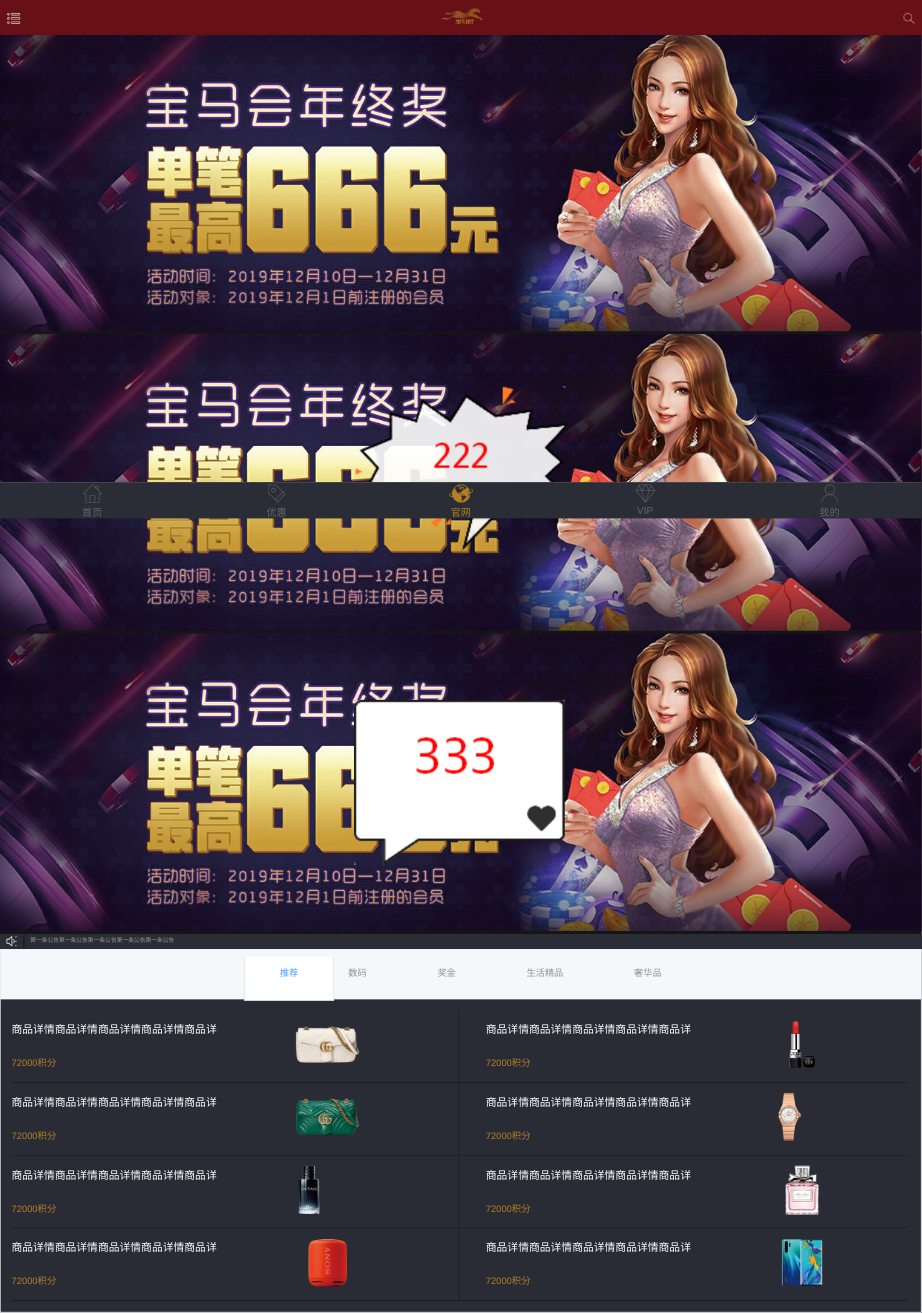
Repository: ada6688/IntegralMall
Page: /
These files come from the project's save history. The page is drawn as it stood at one moment and after the next save; the edit follows.
The browser window is 1280 px wide. The pictures show the whole page, at 72% of full size.
The project was rebuilt for these pictures with package versions that can differ from the ones it lists, and the page was loaded fresh each time. Also part of the build but not shown: src/components/page/Member.vue, src/components/page/Youhui.vue, src/components/member/jifen.vue, src/router/index.js.

Above is the page before, as saved 2020-01-06 13:43:38.

### index.html
<!DOCTYPE html>
<html>
  <head>
    <meta charset="utf-8">
    <meta name="viewport" content="width=device-width,initial-scale=1.0">
    <title>integralmall</title>
  </head>
  <body>
    <div id="app"></div>
    <!-- built files will be auto injected -->
  </body>
</html>

### src/App.vue
<template>
  <div id="app">
    <TopNav></TopNav>
    <router-view/>
    <BottomNav></BottomNav>
  </div>
</template>

<script>
import BottomNav from '@/components/common/Bottomnav'
import TopNav from '@/components/common/Topnav'
export default {
  name: 'App',
  components: {
    BottomNav,
    TopNav
  }
}
</script>

<style>
#app {
  font-family: 'Avenir', Helvetica, Arial, sans-serif;
  -webkit-font-smoothing: antialiased;
  -moz-osx-font-smoothing: grayscale;
  text-align: center;
  color: #2c3e50;
  background: #151515;
  height: 100vh;
}
</style>

### src/assets/css/common.css
body,p,ul{
  margin: 0;
  padding: 0;
}
li{
  list-style: none;
}
/* 顶部栏 */
.top-nav{
  width: 100%;
  height: 3rem;
  line-height: 3.5rem;
  background-color: #671116;
  position: fixed;
  top: 0;
  z-index: 99;
}
.top-nav-logo{
  color: #B58024;
}
.top-nav > div{
  display: inline-block;
  height: 100%;
}
.top-nav-left{
  float: left;
  margin-left: 10px;
}
.top-nav-right{
  float: right;
  margin-right: 10px;
}
.banner-item > img{
  width: 100%;
}
.swiper-container{
  height: 7.28rem;
}
.top-nav-t{
  color: #B58024;
}
/* 每个一级页面共有class */
.main-wrap{
  margin-top: 3rem;
  margin-bottom: 3.125rem;
  background: #151515;
}
/* 公告 */
.Notice-sign{
  width: 2rem;
  height: 100%;
  background: url('../images/topnav/lb.png') center no-repeat;
  float: left;
  box-shadow: 1px 0px 5px rgba(0,0,0,0.8);
}
.Notice-textBox {
  width: 100%;
  height: 1.3rem;
  line-height: 1.3rem;
  font-size: .5rem;
  color: #999999;
  background: #2A2D36;
  overflow: hidden;
  position: relative;
  text-align: left;
  z-index: 9;
}
.Notice-text {
  width: 100%;
  padding-left: 42px;
  position: absolute;
  bottom: 0;
}
.slide-enter-active, .slide-leave-active {
  transition: all 0.5s linear;
}
.slide-enter{
  transform: translateY(20px) scale(1);
  opacity: 1;
}
.slide-leave-to {
  transform: translateY(-20px) scale(0.8);
  opacity: 0;
}
/* 底部导航 */
.bottom-tab{
  width:100%;
  height:3.125rem;
  background-color:#2A2D36;
  border-top: 1px solid #656666;
  position: fixed;
  left:0px;
  bottom:0px;
}
.tab-item{
  width: 20%;
  float: left;
  align-items:center;
  justify-content:center;
  font-size:14px;
  color:#666;
  z-index: 999;
}
.NavSigh{
    width:33px;
    margin-top:3px;
}
.on{
  color:#b58023;
}

### src/assets/css/index.css
/****************** 首页商品 *****************/
.products-item{
  width: 46.9%;
  height: 100px;
  padding-right: 2.9%;
  border-right: 1px solid #161616;
  border-bottom: 1px solid #161616;
  background: #292C35;
  float: left;
}
.products-item-even{
  width: 46.9%;
  height: 100px;
  border-bottom: 1px solid #161616;
  background: #292C35;
  padding-left: 2.9%;
  float: left;
}
.product-item-text{
  width: 50%;
  height: 70px;
  color: #ffffff;
  margin-top: 15px;
  float: left;
  text-align: left;
}
.product-item-text p{
  height: 43px;
  font-size: 15px;
  margin-bottom: 5px;
  display: -webkit-box;/*作为弹性伸缩盒子模型显示*/
  -webkit-line-clamp: 2; /*显示的行数；如果要设置2行加...则设置为2*/
  overflow: hidden; /*超出的文本隐藏*/
  text-overflow: ellipsis; /* 溢出用省略号*/
  -webkit-box-orient: vertical;
}
.product-item-text span{
  color: #B58024;
  font-size: 13px;
}
.product-item-img{
  width: 12%;
  height: 100px;
  display: table-cell;
  vertical-align: middle;
  /* float: left; */
}
.product-item-img img{
  max-width: 100%;
}
/******************* 优惠 *******************/
.yh-wrap div{
  padding: 1rem 1rem 0 1rem;
}
.yh-wrap img{
  width: 100%;
}
/******************* VIP *******************/
.level-welfare-wrap, .level-require-wrap{
  padding-bottom: 20px;
}
.VipTop-level-sign{
  display: inline-block;
}
.VipTop-level-text{
  position: absolute;
  bottom: -5px;
}
.vip-level-wrap ul li{
  float: left;
  width: 33.33%;
  height: 79px;
}
.vip-level-wrap ul div{
  width: 34px;
  height: 34px;
  border: 1px solid #CCCCCC;
  border-radius: 17px;
  margin-bottom: 9px;
  display: inline-block;
  vertical-align: middle;
}
.vip-level-wrap ul img{
  margin-top: 7px;
}
.vip-level-wrap ul li>p{
  color: #CCCCCC;
  font-size: 13px;
}
.Vip-level-T{
  color: #ffffff;
  font-size: 16px;
  font-weight: bold;
  text-align: left;
  padding: 15px 0 10px 17px;
  background: #2A2C35;
}
.Vip-level-tips{
  color: #F5BF1B;
  font-size: 13px;
  text-align: left;
  padding: 15px 20px 10px 17px;
  background: #2A2C35;
}
.level-rules-wrap{
  color: #CCCCCC;
  font-size: 12px;
  background: #2A2C35;
  text-align: left;
  padding: 15px 17px 16px 17px;
  margin-bottom: 50px;
}
.level-rules-wrap span{
  font-size: 16px;
  color: #ffffff;
  display: inline-block;
  margin-bottom: 9px;
}
.level-rules-wrap p{
  line-height: 24px;
  /* margin-top: 5px; */
}
.level-rules-wrap p:last-child{
  margin-bottom: 10px;
}
/******************* 个人中心 *******************/
.member-half-circle{
  width: 111%;
  height: 31%;
  border-radius: 50%;
  position: fixed;
  top: -13%;
  background: #661115;
  left: -5.8%;
  z-index: 0;
}
.member-wrap{
  padding-top: 10%;
  z-index: 1;
}
.member-person-info{
  position: relative;
}
.member-img > img{
  width: 7vh;
  height: 7vh;
  border-radius: 100%;
  border: 2px solid #CCCCCC;
}
.member-name{
  color: #ffffff;
  font-size: 16px;
  position: relative;
}
.member-name img{
  position: absolute;
  margin-left: 5px;
  bottom: 8px;
}
.member-level-sign{
  margin: 8px 0 10px 0;
}
.member-integral{
  text-align: center;
}
.member-integral-slice{
  display: inline-block;
  color: #666666;
  margin: 0 15px;
}
.member-integral span{
  font-size: 13px;
  color: #ffffff;
}
.member-integral p{
  font-size: 13px;
  color: #666666;
  display: inline-block;
}
.member-total{
  width: 42%;
  display: inline-block;
  text-align: right;
}
.member-useful{
  width: 42%;
  display: inline-block;
  text-align: left;
}
.member-signIn{
  background: #2A2C35;
  padding: 15px 1rem 1rem 1rem;
  margin: 16px 0;
}
.member-signIn-status-1{
  width: 12%;
  text-align: left;
  display: inline-block;
}
.member-signIn-in{
  color: #666666;
  font-size: 12px;
  margin-bottom: 5px;
}
.member-signIn-date{
  color: #999899;
  font-size: 13px;
  margin-top: 5px;
}
.member-signIn-date-active{
  color: #B58024;
  font-size: 13px;
  margin-top: 5px;
}
.el-icon-success{
  color: #34363D;
}
.member-signIn-line{
  width: 84%;
  height: 3px;
  display: inline-block;
  background: #34363D;
  margin: 0 -34px 3px -6px;
}
.member-signIn-icon-active{
  color: #B58024 !important;
}
.member-signIn-active{
  background: #B58024 !important;
}
.member-signIn-tips{
  font-size: 12px;
  text-align-last: justify;
  padding: 0 5%;
  margin-top: 10px;
}
.member-signIn-tips p{
  display: inline-block;
}
.member-signIn-tips p:first-child{
  color: #666666;
}
.member-signIn-tips p:last-child{
  color: #B58024;
}
.member-signIn-button{
  width:200px;
  height:26px;
  line-height: 26px;
  color: #ffffff;
  font-size: 15px;
  margin: 0 auto;
  background:linear-gradient(0deg,rgba(181,128,36,1) 26%,rgba(231,174,75,1) 100%);
  margin-top: 10px;
}
.member-more-detail{
  width: 92%;
  line-height: 44px;
  color: #ffffff;
  background: #2A2C35;
  padding: 0 4%;
}
.member-jifen,.member-duihuan,.member-guanyu,.member-yiwen,.member-guize{
  height: 44px;
  border-bottom: 1px solid #373B45;
}
.member-jifen-T{
  font-size: 14px;
  float: left;
  margin-right: 66%;
}
.el-icon-arrow-right{
  width: 7px;
  height: 7px;
  position: absolute;
  right: 20px;
  margin-top: 12px;
}

### src/components/common/Bottomnav.vue
<template>
  <div class="bottom-tab">
    <div class="tab-item" @click="switchTo('/shouye')">
      <img class="NavSigh" :src="'/shouye' === $route.path ? tabBarImgArr[0].selected : tabBarImgArr[0].normal" alt="首页">
      <p :class="{on: '/shouye' === $route.path}">首页</p>
    </div>
    <div class="tab-item" @click="switchTo('/Youhui')">
      <img class="NavSigh" :src="'/Youhui' === $route.path ? tabBarImgArr[1].selected : tabBarImgArr[1].normal" alt="推荐">
      <p :class="{on: '/Youhui' === $route.path}">优惠</p>
    </div>
    <div class="tab-item">
      <img class="NavSigh" :src="'/' === $route.path ? tabBarImgArr[2].selected : tabBarImgArr[2].normal" alt="搜索">
      <p :class="{on: '/' === $route.path}">官网</p>
    </div>
    <div class="tab-item" @click="switchTo('/Vip')">
      <img class="NavSigh" :src="'/Vip' === $route.path ? tabBarImgArr[3].selected : tabBarImgArr[3].normal" alt="聊天">
      <p :class="{on: '/Vip' === $route.path}">VIP</p>
    </div>
    <div class="tab-item" @click="switchTo('/Member')">
      <img class="NavSigh" :src="'/Member' === $route.path ? tabBarImgArr[4].selected : tabBarImgArr[4].normal" alt="我的">
      <p :class="{on: '/Member' === $route.path}">我的</p>
    </div>
  </div>
</template>
<script>
export default {
  data () {
    return {
      tabBarImgArr: [
        {normal: require('../../assets/images/navLogo/sy_x.png'), selected: require('../../assets/images/navLogo/sy.png')},
        {normal: require('../../assets/images/navLogo/yh_x.png'), selected: require('../../assets/images/navLogo/yh.png')},
        {normal: require('../../assets/images/navLogo/gw_x.png'), selected: require('../../assets/images/navLogo/gw.png')},
        {normal: require('../../assets/images/navLogo/zs_x.png'), selected: require('../../assets/images/navLogo/zs.png')},
        {normal: require('../../assets/images/navLogo/wd_x.png'), selected: require('../../assets/images/navLogo/wd.png')}
      ]
    }
  },
  methods: {
    switchTo (path) {
      this.$router.replace(path)
    }
  }
}
</script>
<style>

</style>

### src/components/common/Topnav.vue
<template>
  <div class="top-nav">
    <div class="top-nav-left">
      <img src="../../assets/images/topnav/cd.png" alt="菜单">
    </div>
    <div id="top-logo-change" class="top-nav-logo">
      <img src="../../assets/images/topnav/logo.png" alt="logo">
    </div>
    <div id="top-nav-right" class="top-nav-right">
      <img src="../../assets/images/topnav/ss.png" alt="搜索">
    </div>
  </div>
</template>
<script>
export default {
  data () {
    return {
      tabBarImgArr: [
        {normal: require('../../assets/images/topnav/logo.png')},
        {normal: require('../../assets/images/topnav/ss.png')},
        {normal: require('../../assets/images/topnav/cd.png')}
      ]
    }
  }
}
</script>
<style>

</style>

### src/components/page/shouye.vue
<template>
  <div class="main-wrap shouye-contain">
    <!-- banner -->
    <swiper :options="swiperOption" ref="mySwiper">
      <!-- slides -->
      <swiper-slide>
        <div class="banner-item">
          <img src="../../assets/images/banner/banner2.png" alt="">
        </div>
      </swiper-slide>
      <swiper-slide>
        <div class="banner-item">
          <img src="../../assets/images/banner/banner2_2.png" alt="">
        </div>
      </swiper-slide>
      <swiper-slide>
        <div class="banner-item">
          <img src="../../assets/images/banner/banner2_3.png" alt="">
        </div>
      </swiper-slide>
      <!-- Optional controls -->
      <!-- <div class="swiper-pagination" slot="pagination"></div> -->
      <!-- <div class="swiper-scrollbar index-banner-circle" slot="scrollbar"></div> -->
    </swiper>
    <!-- 滚动公告 -->
    <Notice></Notice>
    <!-- 推荐分类栏 -->
    <div class="recommend-wrap">
      <el-row>
        <el-tabs type="border-card">
          <el-tab-pane label="推荐">
            <div class="products-item">
              <div class="product-item-text">
                <p>商品详情商品详情商品详情商品详情商品详</p>
                <span>72000积分</span>
              </div>
              <div class="product-item-img">
                <img src="../../assets/images/products/bsbb.png" alt="">
              </div>
            </div>
            <div class="products-item-even">
              <div class="product-item-text">
                <p>商品详情商品详情商品详情商品详情商品详</p>
                <span>72000积分</span>
              </div>
              <div class="product-item-img">
                <img src="../../assets/images/products/kh.png" alt="">
              </div>
            </div>
            <div class="products-item">
              <div class="product-item-text">
                <p>商品详情商品详情商品详情商品详情商品详</p>
                <span>72000积分</span>
              </div>
              <div class="product-item-img">
                <img src="../../assets/images/products/lsbb.png" alt="">
              </div>
            </div>
            <div class="products-item-even">
              <div class="product-item-text">
                <p>商品详情商品详情商品详情商品详情商品详</p>
                <span>72000积分</span>
              </div>
              <div class="product-item-img">
                <img src="../../assets/images/products/sb.png" alt="">
              </div>
            </div>
            <div class="products-item">
              <div class="product-item-text">
                <p>商品详情商品详情商品详情商品详情商品详</p>
                <span>72000积分</span>
              </div>
              <div class="product-item-img">
                <img src="../../assets/images/products/xs.png" alt="">
              </div>
            </div>
            <div class="products-item-even">
              <div class="product-item-text">
                <p>商品详情商品详情商品详情商品详情商品详</p>
                <span>72000积分</span>
              </div>
              <div class="product-item-img">
                <img src="../../assets/images/products/xsfs.png" alt="">
              </div>
            </div>
            <div class="products-item">
              <div class="product-item-text">
                <p>商品详情商品详情商品详情商品详情商品详</p>
                <span>72000积分</span>
              </div>
              <div class="product-item-img">
                <img src="../../assets/images/products/yx.png" alt="">
              </div>
            </div>
            <div class="products-item-even">
              <div class="product-item-text">
                <p>商品详情商品详情商品详情商品详情商品详</p>
                <span>72000积分</span>
              </div>
              <div class="product-item-img">
                <img src="../../assets/images/products/hw.png" alt="">
              </div>
            </div>
          </el-tab-pane>
          <el-tab-pane label="数码">数码</el-tab-pane>
          <el-tab-pane label="奖金">奖金</el-tab-pane>
          <el-tab-pane label="生活精品">生活精品</el-tab-pane>
          <el-tab-pane label="奢华品">奢华品</el-tab-pane>
        </el-tabs>
      </el-row>
    </div>
  </div>
</template>
<script>
// 引用组件
import Notice from '@/components/page/Notice'
import {swiper, swiperSlide} from 'vue-awesome-swiper'

export default {
  name: 'App',
  components: {
    swiper,
    swiperSlide,
    Notice
  },
  data () {
    return {
      swiperOption: {
        scrollbar: {
          el: '.swiper-scrollbar'
        },
        slidesPerView: 1,
        autoplay: {
          delay: 5000,
          disableOnInteraction: false
        },
        loop: true
      }
    }
  }
}
</script>
<style>
.swiper-container{
  height: 100%;
  margin-bottom: -4px;
}
.el-tabs__nav-wrap{
  width: 100%
}
/* .el-tabs__item{
  padding: 0 5.26%;
} */
.el-tabs--border-card{
  border: 0;
  /* margin-bottom: 50px; */
}
.el-tabs--border-card>.el-tabs__header .el-tabs__item{
  border: 0
}
.el-tabs--border-card>.el-tabs__header{
  padding: 10px 15px 0;
  background: #151515
}
.el-tabs--border-card>.el-tabs__header .el-tabs__item:not(.is-disabled):hover{
  color: #ffffff;
}
.el-tabs--border-card>.el-tabs__header .el-tabs__item.is-active{
  height: 39px;
  color: #ffffff;
  background: #292C35;
}
.el-tabs--border-card>.el-tabs__header .el-tabs__item{
  color: #666666;
}
.el-tabs__nav-wrap.is-scrollable{
  padding: 0 20px;
  box-sizing: border-box;
}
.el-tabs--border-card{
  box-shadow: 0 0 0 0 rgb(0, 0, 0, 0)
}
.el-tabs--border-card>.el-tabs__content {
  margin-top: -2px;
  background: #292C35;
}
.el-tabs--border-card>.el-tabs__content{
  padding: 15px 15px 0 15px;
}

</style>

### src/components/page/notice.vue
<template>
  <div>
    <div class="Notice-textBox">
      <div class="Notice-sign"></div>
      <transition name="slide">
        <p class="Notice-text" :key="text.id">{{text.val}}</p>
      </transition>
    </div>
  </div>
</template>

<script>
export default {
  name: 'scroll',
  data () {
    return {
      textArr: [
        '第一条公告第一条公告第一条公告第一条公告第一条公告',
        '第二条公告第二条公告',
        '第三条公告第三条公告第三条公告'
      ],
      number: 0
    }
  },
  computed: {
    text () {
      return {
        id: this.number,
        val: this.textArr[this.number]
      }
    }
  },
  mounted () {
    this.startMove()
  },
  methods: {
    startMove () {
      // eslint-disable-next-line
      let timer = setTimeout(() => {
        if (this.number === 2) {
          this.number = 0
        } else {
          this.number += 1
        }
        this.startMove()
      }, 6000) // 滚动不需要停顿则将2000改成动画持续时间
    }
  }
}
</script>

<style scoped>
</style>

Loaded but not shown: src/main.js (43 lines, source omitted); src/components/page/Vip.vue (272 lines, source omitted)

After the next save:
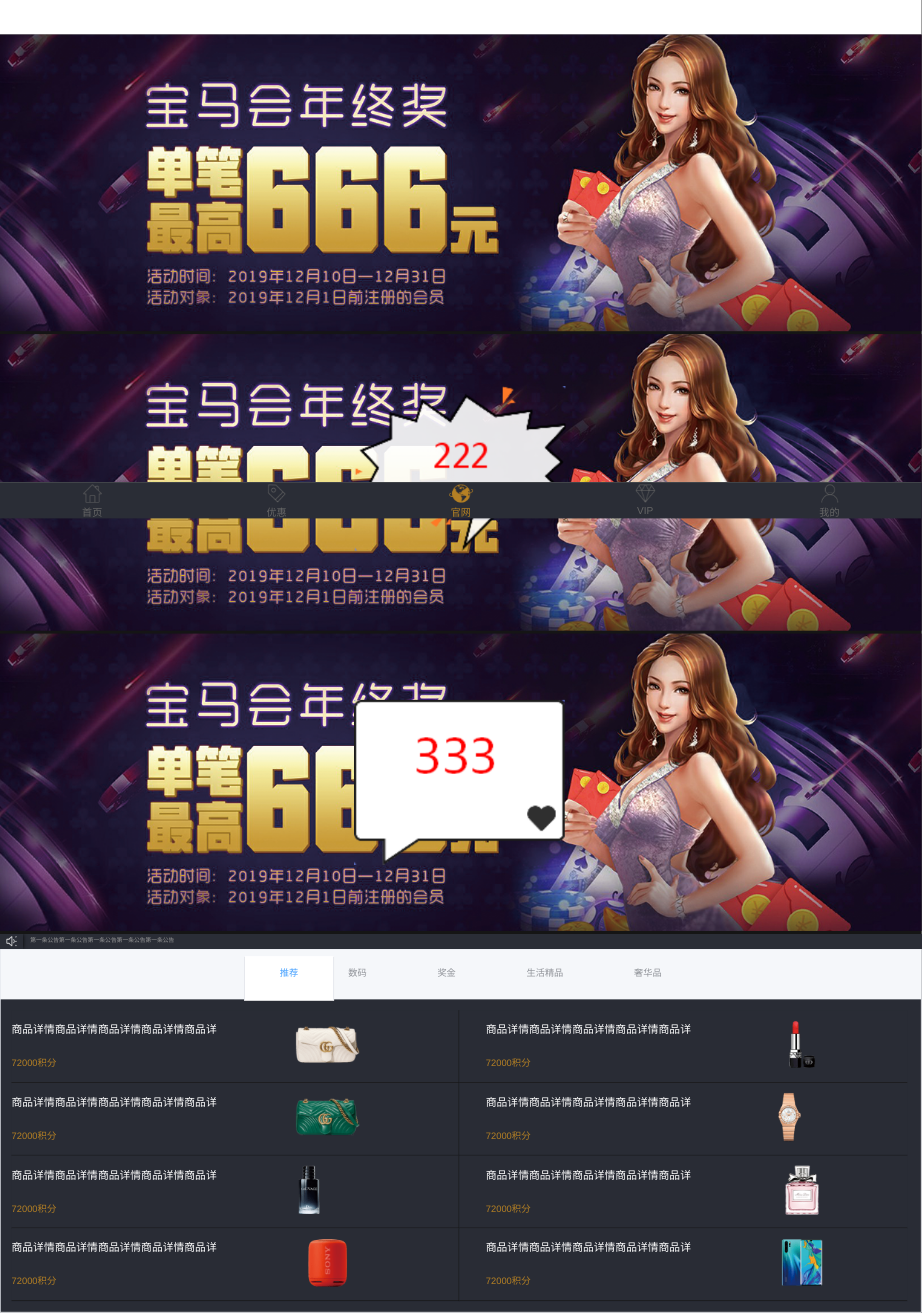
Saved 7 s later.
--- a/src/App.vue
+++ b/src/App.vue
@@ -1,6 +1,6 @@
 <template>
   <div id="app">
-    <TopNav></TopNav>
+    <!-- <TopNav></TopNav> -->
     <router-view/>
     <BottomNav></BottomNav>
   </div>

After the save that followed:
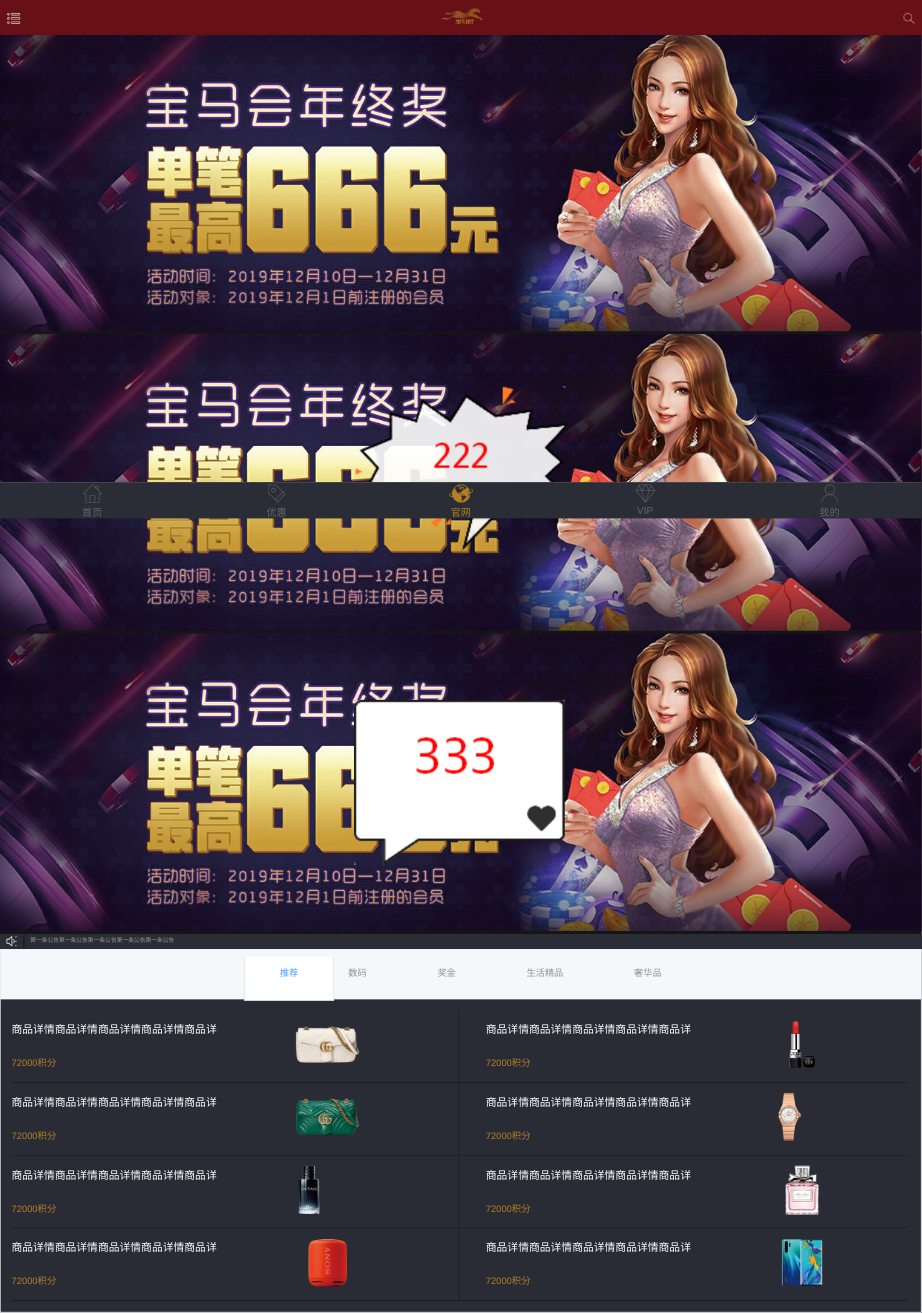
Saved 37 s later.
--- a/src/App.vue
+++ b/src/App.vue
@@ -1,6 +1,6 @@
 <template>
   <div id="app">
-    <!-- <TopNav></TopNav> -->
+    <TopNav></TopNav>
     <router-view/>
     <BottomNav></BottomNav>
   </div>
